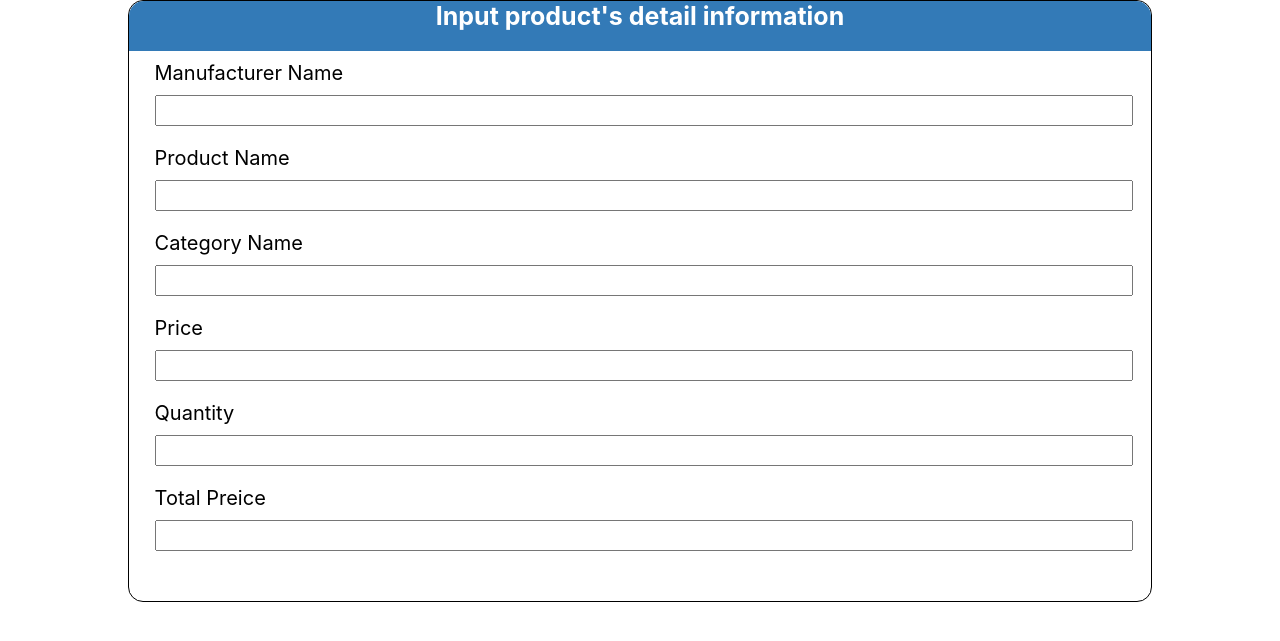
Repository: AnhDuc0125/HTML-Aptech
Page: bt2019/index.html
An editor plug-in stored every save of this project. The page is shown before and after the next save, followed by the edit.
The browser window is 1280 px wide. The pictures show the whole page.

Above is the page before, as saved 2021-11-29 20:41:08.

After the next save:
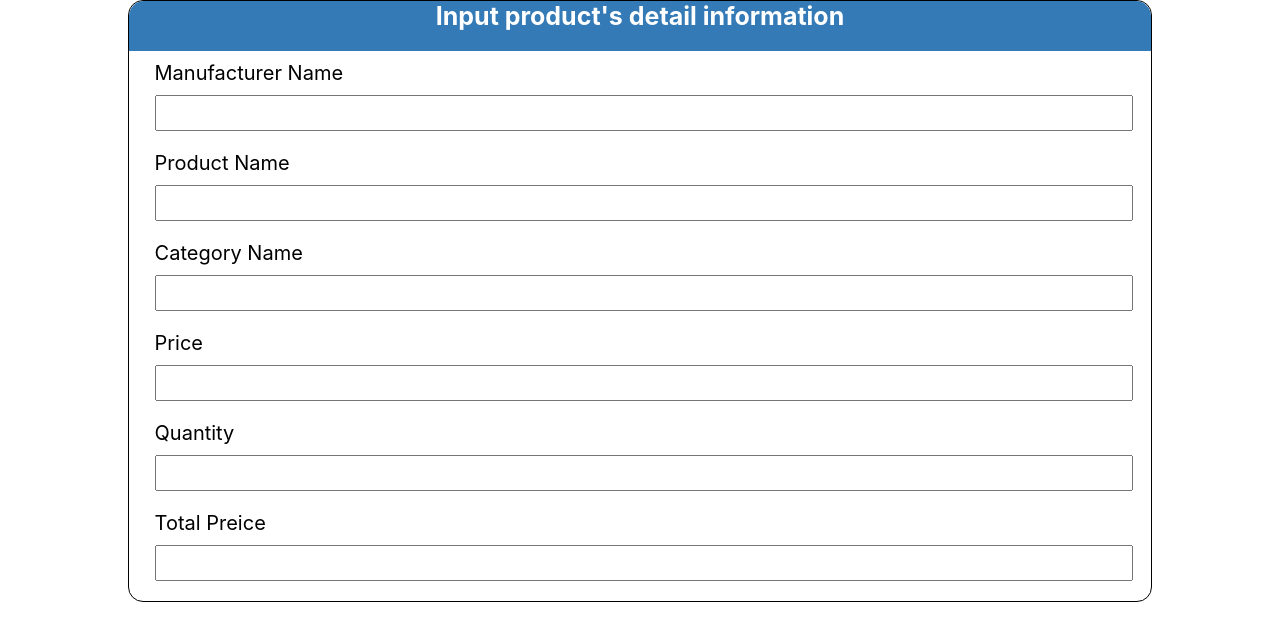
Saved 4 s later.
--- a/bt2019/style.css
+++ b/bt2019/style.css
@@ -35,7 +35,7 @@ label {
 
 input {
     width: 100%;
-    height: 25px;
+    height: 30px;
     font-size: 20px;
     margin-bottom: 10px;
 }
